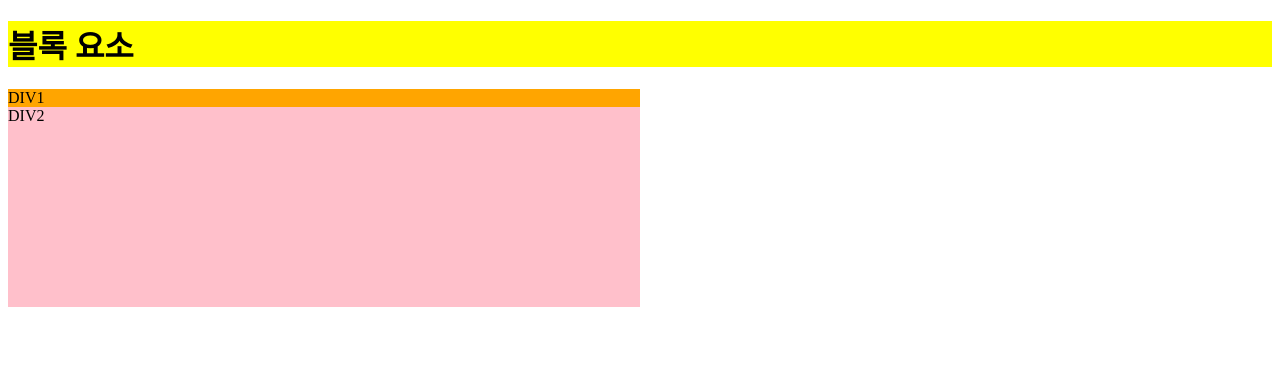
Repository: guswnsdldl/gb
Page: html workspace/g_display/src/main/webapp/block.html
The author's editor kept a copy of each file at every save. The page is drawn from the files as they stood at one save, then again after the next save.
The browser window is 1280 px wide. The pictures show the whole page.

Above is the page before, as saved 2024-08-06 04:58:01.

### html workspace/g_display/src/main/webapp/block.html
<!DOCTYPE html>
<html>
<head>
<meta charset="UTF-8">
<title>블록 요소</title>
</head>
<body>
<h1 style="background-color: yellow;">블록 요소</h1>
<div style="background-color: orange; width: 50%">DIV1</div>
<div style="background-color: pink; width: 50%; height: 200px;">DIV2</div>

</body>
</html>

After the next save:
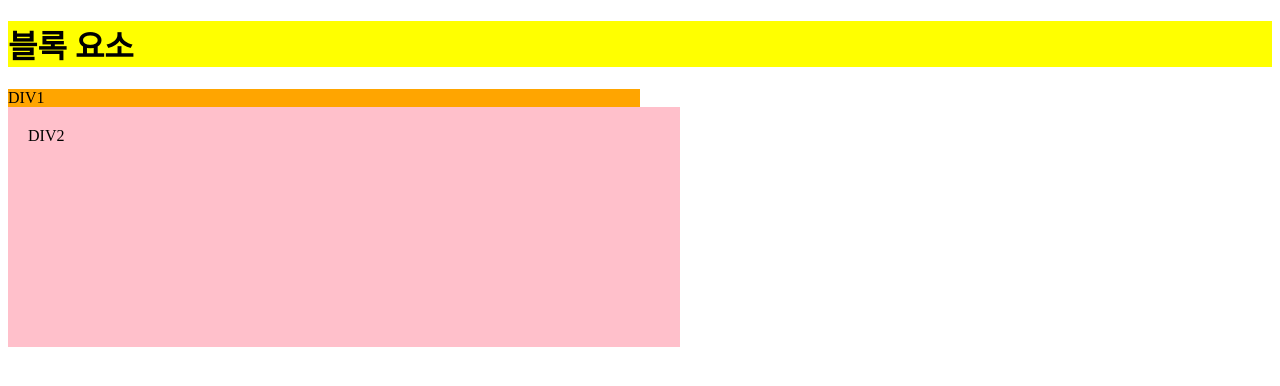
Saved 31 s later.
--- a/html workspace/g_display/src/main/webapp/block.html
+++ b/html workspace/g_display/src/main/webapp/block.html
@@ -7,7 +7,7 @@
 <body>
 <h1 style="background-color: yellow;">블록 요소</h1>
 <div style="background-color: orange; width: 50%">DIV1</div>
-<div style="background-color: pink; width: 50%; height: 200px;">DIV2</div>
+<div style="background-color: pink; width: 50%; height: 200px; padding: 20px;">DIV2</div>
 
 </body>
 </html>
